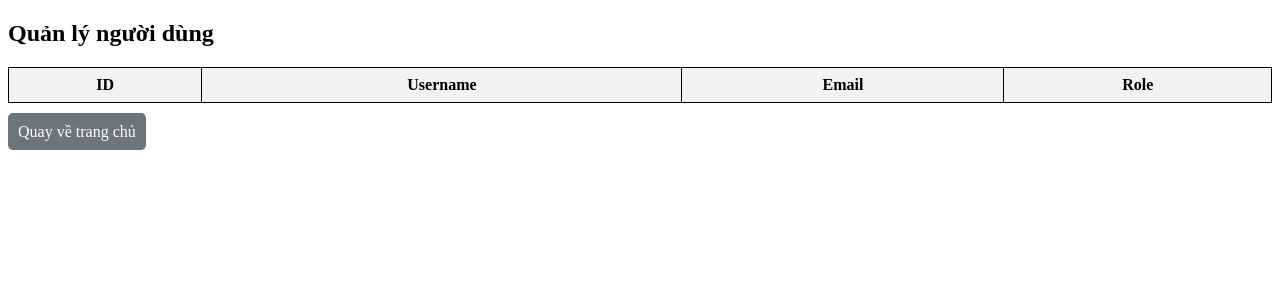
Repository: TuanAnhNguyen723/DanhGiaKIemDinh
Page: http://localhost/phpmailer/quanly.php
An editor plug-in stored every save of this project. The page is shown before and after the next save, followed by the edit.
The browser window is 1280 px wide. The pictures show the whole page.
The page is run by PHP 8.4 with error messages shown; the project is at /var/www/html/. Queries for data that is not in the repository find no rows.

Above is the page before, as saved 2024-05-24 10:38:00.

### quanly.php
<?php
// Include database connection
include 'config.php';

// Số hàng hiển thị trên mỗi trang
$records_per_page = 5;

// Xác định trang hiện tại. Nếu không có trang nào được chỉ định, mặc định là trang 1
$current_page = isset($_GET['page']) ? $_GET['page'] : 1;

// Tính toán offset (vị trí bắt đầu của hàng trong truy vấn)
$offset = ($current_page - 1) * $records_per_page;

// Truy vấn dữ liệu từ cơ sở dữ liệu
$sql = "SELECT id, username, email, role FROM users LIMIT ?, ?";
$stmt = mysqli_prepare($link, $sql);
mysqli_stmt_bind_param($stmt, "ii", $offset, $records_per_page);
mysqli_stmt_execute($stmt);
$result = mysqli_stmt_get_result($stmt);

// Đếm tổng số hàng trong bảng
$total_rows_query = "SELECT COUNT(*) AS total FROM users";
$total_rows_result = mysqli_query($link, $total_rows_query);
$total_rows = mysqli_fetch_assoc($total_rows_result)['total'];

// Tính toán số trang
$total_pages = ceil($total_rows / $records_per_page);

// Đóng kết nối
mysqli_stmt_close($stmt);
mysqli_close($link);
?>

<!DOCTYPE html>
<html lang="en">
<head>
<meta charset="UTF-8">
<meta name="viewport" content="width=device-width, initial-scale=1.0">
<title>User Table</title>
<style>
    table {
        width: 100%;
        border-collapse: collapse;
    }
    table, th, td {
        border: 1px solid black;
        padding: 8px;
    }
    th {
        background-color: #f2f2f2;
    }
    .pagination {
        display: flex;
        justify-content: center;
        margin-top: 20px;
    }
    .pagination a {
        display: inline-block;
        padding: 5px 10px;
        margin: 0 5px;
        border: 1px solid #ccc;
        text-decoration: none;
        color: #333;
    }
    .pagination a.active {
        background-color: #333;
        color: white;
    }

    .btn-block {
        padding: 10px;
    border-radius: 5px;
    text-decoration: none;
    color: white;
    }

    .btn-primary {
            background-color: #007bff;
            border-color: #007bff;
        }
        .btn-primary:hover {
            background-color: #0056b3;
            border-color: #004085;
        }
        .btn-secondary {
            background-color: #6c757d;
            border-color: #6c757d;
            margin-top: 10px;
        }
        .btn-secondary:hover {
            background-color: #5a6268;
            border-color: #545b62;
        }
</style>
</head>
<body>

<h2>Quản lý người dùng</h2>

<table>
    <tr>
        <th>ID</th>
        <th>Username</th>
        <th>Email</th>
        <th>Role</th>
    </tr>
    <?php
    // Hiển thị dữ liệu từ kết quả truy vấn
    while($row = mysqli_fetch_assoc($result)) {
        echo "<tr>";
        echo "<td>" . $row["id"] . "</td>";
        echo "<td>" . $row["username"] . "</td>";
        echo "<td>" . $row["email"] . "</td>";
        echo "<td>" . $row["role"] . "</td>";
        echo "</tr>";
    }
    ?>
</table>

<div class="pagination">
    <?php
    // Hiển thị các nút phân trang
    for ($i = 1; $i <= $total_pages; $i++) {
        echo "<a href='?page=$i'" . ($current_page == $i ? " class='active'" : "") . ">$i</a>";
    }
    ?>
</div>

<a href="index.php" class="btn btn-secondary btn-block">Quay về trang chủ</a>

</body>
</html>

### config.php
<?php
// // if (!defined('DB_SERVER'))
//     define('DB_SERVER', 'localhost');
// // if (!defined('DB_USERNAME'))
//     define('DB_USERNAME', 'root');
// // if (!defined('DB_PASSWORD'))
// define('DB_PASSWORD', '');
// // if (!defined('DB_NAME'))
// define('DB_NAME', 'water_billing');

global $link;
$link = mysqli_connect('localhost', 'root', '', 'water_billing');

if($link === false){
    die("ERROR: Could not connect. " . mysqli_connect_error());
}

After the next save:
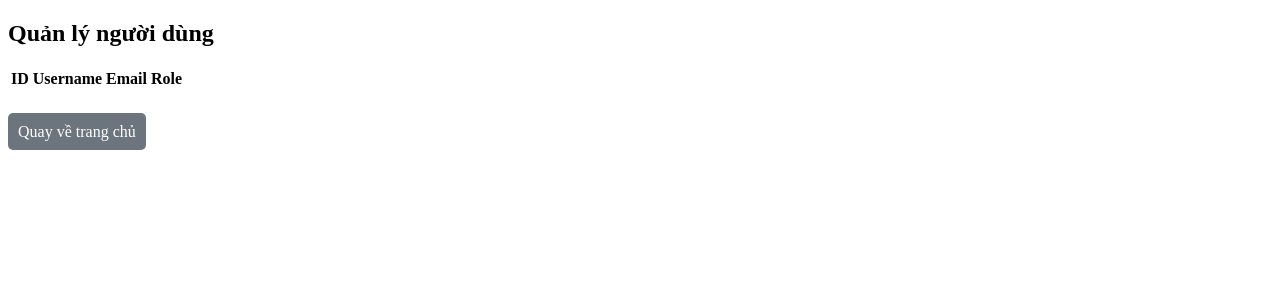
Saved 2 min 4 s later.
--- a/quanly.php
+++ b/quanly.php
@@ -38,34 +38,89 @@
 <meta name="viewport" content="width=device-width, initial-scale=1.0">
 <title>User Table</title>
 <style>
-    table {
-        width: 100%;
-        border-collapse: collapse;
-    }
-    table, th, td {
-        border: 1px solid black;
-        padding: 8px;
-    }
-    th {
-        background-color: #f2f2f2;
-    }
-    .pagination {
-        display: flex;
-        justify-content: center;
-        margin-top: 20px;
-    }
-    .pagination a {
-        display: inline-block;
-        padding: 5px 10px;
-        margin: 0 5px;
-        border: 1px solid #ccc;
-        text-decoration: none;
-        color: #333;
-    }
-    .pagination a.active {
-        background-color: #333;
-        color: white;
-    }
+// CSS TABLE
+$table-cell-padding-y: 0.5rem;
+$table-cell-padding-x: 0.5rem;
+$table-cell-padding-y-sm: 0.25rem;
+$table-cell-padding-x-sm: 0.25rem;
+
+$table-cell-vertical-align: top;
+
+$table-color: var(--#{$prefix}emphasis-color);
+$table-bg: var(--#{$prefix}body-bg);
+$table-accent-bg: transparent;
+
+$table-th-font-weight: null;
+
+$table-striped-color: $table-color;
+$table-striped-bg-factor: 0.05;
+$table-striped-bg: rgba(
+  var(--#{$prefix}emphasis-color-rgb),
+  $table-striped-bg-factor
+);
+
+$table-active-color: $table-color;
+$table-active-bg-factor: 0.1;
+$table-active-bg: rgba(
+  var(--#{$prefix}emphasis-color-rgb),
+  $table-active-bg-factor
+);
+
+$table-hover-color: $table-color;
+$table-hover-bg-factor: 0.075;
+$table-hover-bg: rgba(
+  var(--#{$prefix}emphasis-color-rgb),
+  $table-hover-bg-factor
+);
+
+$table-border-factor: 0.2;
+$table-border-width: var(--#{$prefix}border-width);
+$table-border-color: var(--#{$prefix}border-color);
+
+$table-striped-order: odd;
+$table-striped-columns-order: even;
+
+$table-group-separator-color: currentcolor;
+
+$table-caption-color: var(--#{$prefix}secondary-color);
+
+$table-bg-scale: -80%;
+
+/* Thêm CSS cho bảng và phân trang */
+.table {
+  width: 100%;
+  border-collapse: collapse;
+}
+.table caption {
+  font-size: 1.5em;
+  margin: 0.5em 0 0.75em;
+}
+.table th,
+.table td {
+  padding: 0.625em;
+  text-align: center;
+}
+.table th {
+  background-color: #f2f2f2;
+}
+.pagination {
+  display: flex;
+  justify-content: center;
+  margin: 1em 0;
+}
+.pagination a {
+  margin: 0 0.5em;
+  padding: 0.5em 1em;
+  text-decoration: none;
+  color: #007bff;
+  border: 1px solid #dee2e6;
+  border-radius: 0.25em;
+}
+.pagination a.active {
+  background-color: #007bff;
+  color: white;
+  border-color: #007bff;
+}
 
     .btn-block {
         padding: 10px;

After the save that followed:
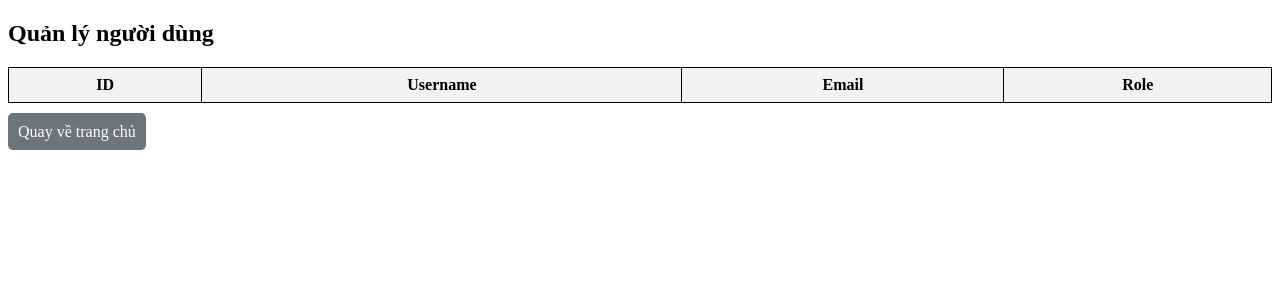
Saved 9 s later.
--- a/quanly.php
+++ b/quanly.php
@@ -38,89 +38,34 @@
 <meta name="viewport" content="width=device-width, initial-scale=1.0">
 <title>User Table</title>
 <style>
-// CSS TABLE
-$table-cell-padding-y: 0.5rem;
-$table-cell-padding-x: 0.5rem;
-$table-cell-padding-y-sm: 0.25rem;
-$table-cell-padding-x-sm: 0.25rem;
-
-$table-cell-vertical-align: top;
-
-$table-color: var(--#{$prefix}emphasis-color);
-$table-bg: var(--#{$prefix}body-bg);
-$table-accent-bg: transparent;
-
-$table-th-font-weight: null;
-
-$table-striped-color: $table-color;
-$table-striped-bg-factor: 0.05;
-$table-striped-bg: rgba(
-  var(--#{$prefix}emphasis-color-rgb),
-  $table-striped-bg-factor
-);
-
-$table-active-color: $table-color;
-$table-active-bg-factor: 0.1;
-$table-active-bg: rgba(
-  var(--#{$prefix}emphasis-color-rgb),
-  $table-active-bg-factor
-);
-
-$table-hover-color: $table-color;
-$table-hover-bg-factor: 0.075;
-$table-hover-bg: rgba(
-  var(--#{$prefix}emphasis-color-rgb),
-  $table-hover-bg-factor
-);
-
-$table-border-factor: 0.2;
-$table-border-width: var(--#{$prefix}border-width);
-$table-border-color: var(--#{$prefix}border-color);
-
-$table-striped-order: odd;
-$table-striped-columns-order: even;
-
-$table-group-separator-color: currentcolor;
-
-$table-caption-color: var(--#{$prefix}secondary-color);
-
-$table-bg-scale: -80%;
-
-/* Thêm CSS cho bảng và phân trang */
-.table {
-  width: 100%;
-  border-collapse: collapse;
-}
-.table caption {
-  font-size: 1.5em;
-  margin: 0.5em 0 0.75em;
-}
-.table th,
-.table td {
-  padding: 0.625em;
-  text-align: center;
-}
-.table th {
-  background-color: #f2f2f2;
-}
-.pagination {
-  display: flex;
-  justify-content: center;
-  margin: 1em 0;
-}
-.pagination a {
-  margin: 0 0.5em;
-  padding: 0.5em 1em;
-  text-decoration: none;
-  color: #007bff;
-  border: 1px solid #dee2e6;
-  border-radius: 0.25em;
-}
-.pagination a.active {
-  background-color: #007bff;
-  color: white;
-  border-color: #007bff;
-}
+    table {
+        width: 100%;
+        border-collapse: collapse;
+    }
+    table, th, td {
+        border: 1px solid black;
+        padding: 8px;
+    }
+    th {
+        background-color: #f2f2f2;
+    }
+    .pagination {
+        display: flex;
+        justify-content: center;
+        margin-top: 20px;
+    }
+    .pagination a {
+        display: inline-block;
+        padding: 5px 10px;
+        margin: 0 5px;
+        border: 1px solid #ccc;
+        text-decoration: none;
+        color: #333;
+    }
+    .pagination a.active {
+        background-color: #333;
+        color: white;
+    }
 
     .btn-block {
         padding: 10px;
